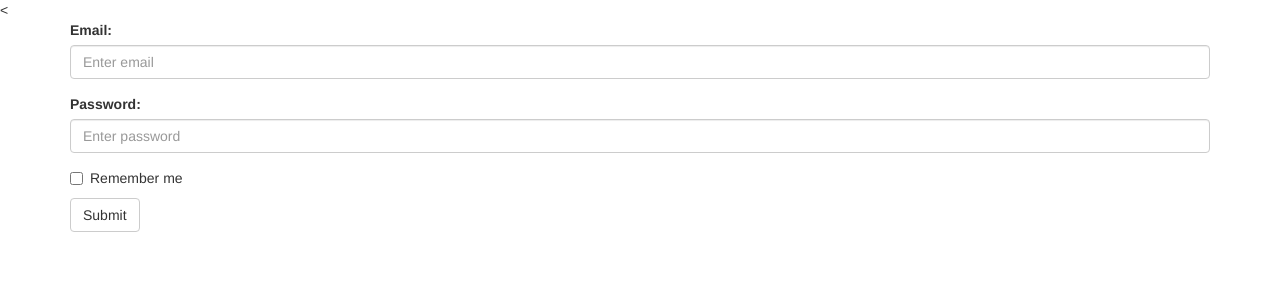
Repository: Trongphamsr/eclip-crud-ss-date-jsp
Page: http://localhost/chenLoginGoogleFacebookComment/google.jsp
The author's editor kept a copy of each file at every save. The page is drawn from the files as they stood at one save, then again after the next save.
The browser window is 1280 px wide. The pictures show the whole page.
The page is served by Tomcat 9.

Above is the page before, as saved 2018-06-15 00:59:44.

### eclip_22_6_2018/chenLoginGoogleFacebookComment/WebContent/google.jsp
<%@ page language="java" contentType="text/html; charset=ISO-8859-1"
    pageEncoding="ISO-8859-1"%>
<!DOCTYPE html PUBLIC "-//W3C//DTD HTML 4.01 Transitional//EN" "http://www.w3.org/TR/html4/loose.dtd">
<html>
<head>
< <title>Bootstrap Example</title>
  <meta charset="utf-8">
  <meta name="viewport" content="width=device-width, initial-scale=1">
  <link rel="stylesheet" href="https://maxcdn.bootstrapcdn.com/bootstrap/3.3.7/css/bootstrap.min.css">
  <script src="https://ajax.googleapis.com/ajax/libs/jquery/3.3.1/jquery.min.js"></script>
  <script src="https://maxcdn.bootstrapcdn.com/bootstrap/3.3.7/js/bootstrap.min.js"></script>
</head>
<body>
<div class="container">
  <form action="/action_page.php">
    <div class="form-group">
      <label for="email">Email:</label>
      <input type="email" class="form-control" id="email" placeholder="Enter email" name="email">
    </div>
    <div class="form-group">
      <label for="pwd">Password:</label>
      <input type="password" class="form-control" id="pwd" placeholder="Enter password" name="pwd">
    </div>
    <div class="checkbox">
      <label><input type="checkbox" name="remember"> Remember me</label>
    </div>
    <button type="submit" class="btn btn-default">Submit</button>
  </form>
</div>


</body>
</html>

After the next save:
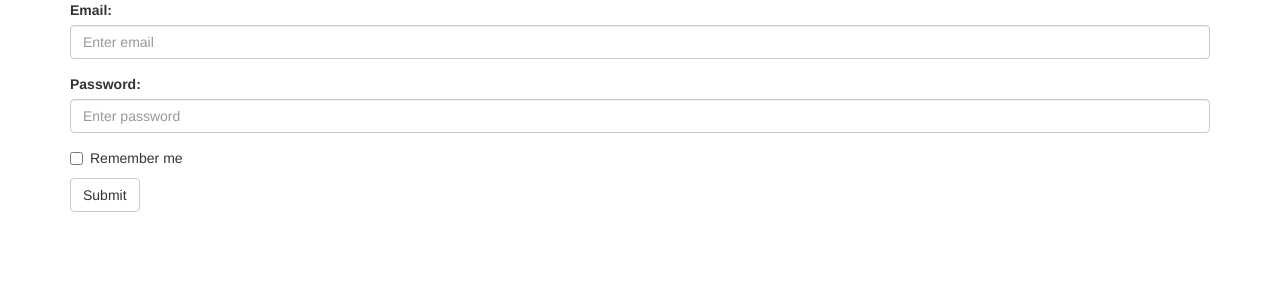
Saved 18 s later.
--- a/eclip_22_6_2018/chenLoginGoogleFacebookComment/WebContent/google.jsp
+++ b/eclip_22_6_2018/chenLoginGoogleFacebookComment/WebContent/google.jsp
@@ -3,7 +3,7 @@
 <!DOCTYPE html PUBLIC "-//W3C//DTD HTML 4.01 Transitional//EN" "http://www.w3.org/TR/html4/loose.dtd">
 <html>
 <head>
-< <title>Bootstrap Example</title>
+<title>Bootstrap Example</title>
   <meta charset="utf-8">
   <meta name="viewport" content="width=device-width, initial-scale=1">
   <link rel="stylesheet" href="https://maxcdn.bootstrapcdn.com/bootstrap/3.3.7/css/bootstrap.min.css">
